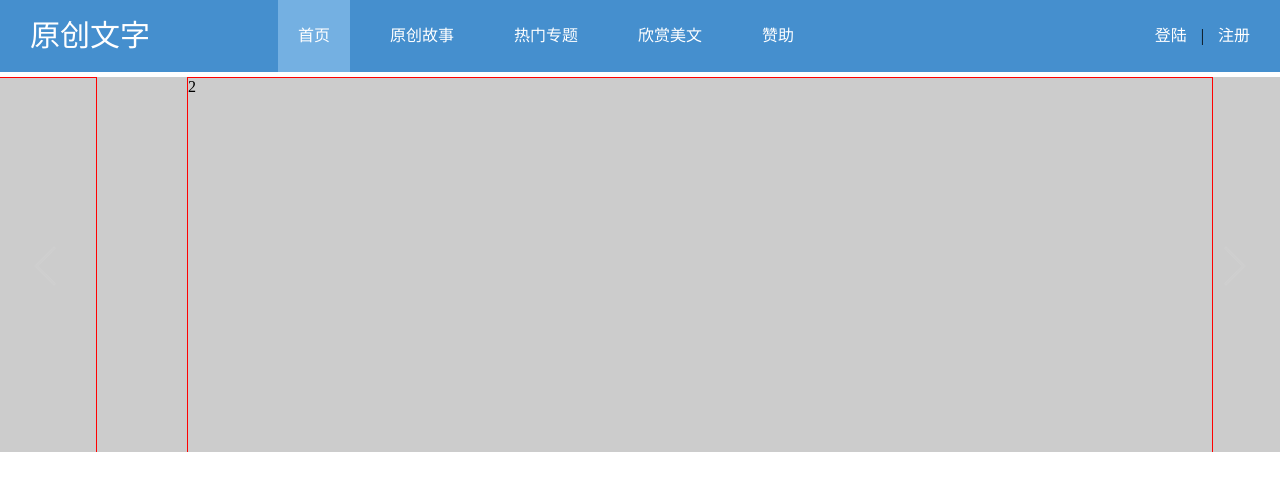
Repository: equation-zheng/Article
Page: http://localhost/Idles/
These files come from the project's save history. The page is drawn as it stood at one moment and after the next save; the edit follows.
The browser window is 1280 px wide. The pictures show the whole page.
Some web libraries are served in a nearby version. The page is served by Tomcat 9. Other server files are loaded and not shown.

Above is the page before, as saved 2017-12-06 02:49:56.

### Service/apache-tomcat-7.0.82/Idles/WebContent/index.jsp
<?xml version="1.0" encoding="UTF-8" ?>
<%@ page language="java" contentType="text/html; charset=UTF-8"
    pageEncoding="UTF-8"%>
<!DOCTYPE html PUBLIC "-//W3C//DTD XHTML 1.0 Transitional//EN" "http://www.w3.org/TR/xhtml1/DTD/xhtml1-transitional.dtd">
<html xmlns="http://www.w3.org/1999/xhtml">
<head>
<meta http-equiv="Content-Type" content="text/html; charset=UTF-8" />
<title>首页</title>
</head>
<style>
	* {
		margin: 0;
		padding: 0;
		font-family: "微软雅黑";
	}
	ul li {
		list-style: none;
	}
	.header {
		height: 72px;
		background: #458fce;
	}
	.header .logo {
		color: #fff;
		line-height: 72px;
		font-size: 30px;
		margin-left: 30px;
		display: inline-block;
		font-weight: 500;
		float: left;
	}
	.header ul .first {
		margin-left: 10%;
		background: #74b0e2;
	}
	.header ul li {
		float: left;
		line-height: 72px;
		margin-left: 20px;
		padding: 0 20px 0 20px;
		color: #fff;

	}
	.header ul li:hover{
		background: #74b0e2;
		color: #D6E1CC;
	}
	.header .login {
		margin-right: 20px;
		float: right;
	}
	.header .login a {
		line-height: 72px;
		color: #fff;
		padding: 0 10px 0 10px;
		display: inline-block;
		text-decoration: none;
	}
	.header .login span a:hover {
		background: #74b0e2;
		color: #D6E1CC;
	}
	.banner {
		height: 380px;
		overflow: hidden;
		background: #ccc;
		position: relative;
	}
	.banner ul {
		height: 380px;
		width: 5120px;
		border: solid 5px #fff;
		margin-left: -1024px;
	}
	.banner ul li {
		height: 380px;
		width: 1024px;
		border: solid 1px red;
		margin-left: 90px;
		float: left;
	}
	.banner s {
		width: 25px;
		height: 25px;
		position: absolute;
		top: 180px;
		transform: rotate(45deg);
		border-color: #E8E8E8;
		opacity: .1;
		transition: opacity .5s;
	}
	.banner s:nth-child(1) {
		left: 40px;
		border-left-style: solid;
		border-bottom-style: solid;
	}
	.banner s:nth-child(2) {
		right: 40px;
		border-top-style: solid;
		border-right-style: solid;
	}
	.banner:hover s {
		opacity: 1;
	}

</style>
<body>
	<div class="header">
	<div class='logo'>原创文字</div>
		<ul>
			<li class='first'>首页</li>
			<li>原创故事</li>
			<li>热门专题</li>
			<li>欣赏美文</li>
			<li>赞助</li>
		</ul>
		<div class='login'>
			<span><a href="javascript:void(0)">登陆</a></span>
			<span>|</span>
			<span><a href="javascript:void(0)">注册</a></span>
		</div>
	</div>
	<div class="banner">
		<s onclick="moveLeft()"></s><s onclick="moveRight()"></s>
		<ul>
			<li>1<img src="" alt="" /></li>
			<li>2<img src="" alt="" /></li>
			<li>3<img src="" alt="" /></li>
			<li>4<img src="" alt="" /></li>
			<li>5<img src="" alt="" /></li>
		</ul>
	</div>
</body>
<script src="http://libs.baidu.com/jquery/2.0.0/jquery.min.js"></script>
<script>
	var ul = $('.banner .content ul').eq(0);
	function moveLeft() {
		ul.animate({marginLeft : -2048}, 1000);
	}
	function moveRight() {
		ul.animate({marginRight : 2048}, 1000);
	}
</script>
</html>

After the next save:
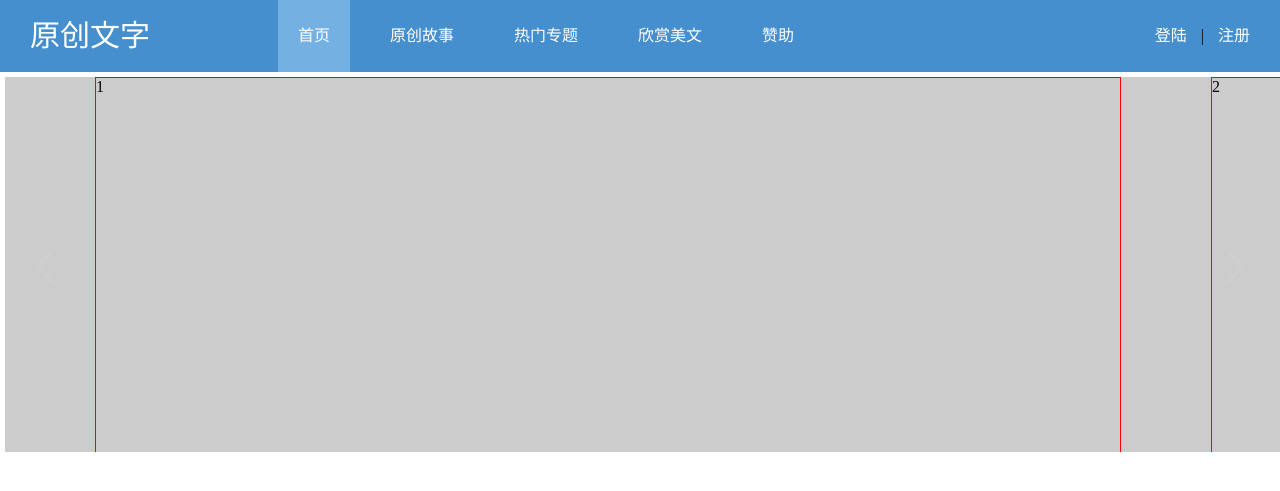
Saved 33 s later.
--- a/Service/apache-tomcat-7.0.82/Idles/WebContent/index.jsp
+++ b/Service/apache-tomcat-7.0.82/Idles/WebContent/index.jsp
@@ -70,7 +70,7 @@
 		height: 380px;
 		width: 5120px;
 		border: solid 5px #fff;
-		margin-left: -1024px;
+
 	}
 	.banner ul li {
 		height: 380px;
